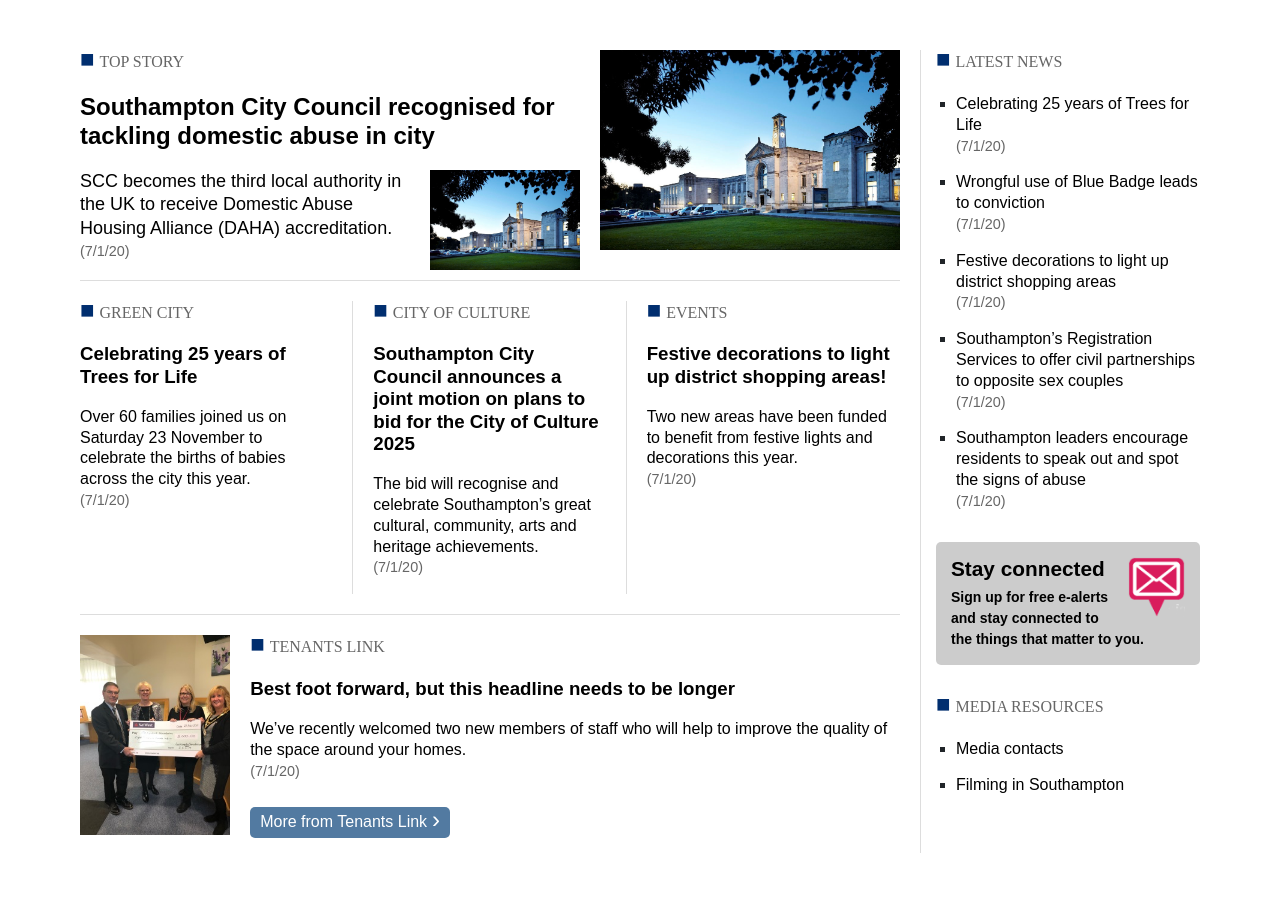
Repository: Domehead123/newspage
Page: index8.html
The author's editor kept a record of every edit. The page is drawn from the files as they stood at one moment, then again after the next edit.
The browser window is 1280 px wide. The pictures show the whole page.

Above is the page before.

### index8.html
<!DOCTYPE html>
<html lang="en">

<head>
    <meta charset="UTF-8">
    <meta name="viewport" content="width=device-width, initial-scale=1.0">
    <meta http-equiv="X-UA-Compatible" content="ie=edge">
    <link rel="stylesheet" href="https://stackpath.bootstrapcdn.com/bootstrap/4.5.2/css/bootstrap.min.css" type="text/css" />
    <link rel="stylesheet" href="news4.css" type="text/css" />
    <title>Document</title>
</head>

<body>
    <div class="container news-page">
        <div class="row">
            <div class="col-md-9 col-sm-12 news-main">
                <div class="row">
                    <div class="top-story"> <a href="#"><img class="top-large-pic" src="images/civic-centre-2.jpg"></a>
                        <div class="subject-header">TOP STORY</div>
                        <h2><a href="#">
Southampton City Council recognised for tackling domestic abuse in city</a></h2>
                        <p><a href="#"><img class="top-small-pic" src="images/civic-centre-2.jpg">SCC becomes the third local authority in the UK to receive Domestic Abuse Housing Alliance (DAHA) accreditation. <span class="date">(7/1/20)</a></p>
                    </div>
                </div>

                <div class="row middle-row">
                    <div class="col-md-4 col-sm-12 topic">
                        <div class="subject-header ">GREEN CITY</div>
                        <h3><a href="#">
Celebrating 25 years of Trees for Life
 </a></h3>
                        <p><a href="#">Over 60 families joined us on Saturday 23 November to celebrate the births of babies across the city this year.<span class="date">(7/1/20)</span></a></p>
                    </div>
                    <div class="col-md-4 col-sm-12 topic">
                        <div class="subject-header">CITY OF CULTURE</div>

                        <h3><a href="#">Southampton City Council announces a joint motion on plans to bid for the City of Culture 2025</a></h3>
                        <p><a href="#">The bid will recognise and celebrate Southampton’s great cultural, community, arts and heritage achievements. <span class="date">(7/1/20)</span></a></p>
                    </div>
                    <div class="col-md-4 col-sm-12 topic">
                        <div class="subject-header ">EVENTS</div>
                        <h3><a href="#">
Festive decorations to light up district shopping areas!
 </a></h3>
                        <p><a href="#">Two new areas have been funded to benefit from festive lights and decorations this year. <span class="date">(7/1/20)</span></a></p>
                    </div>
                </div>
                <div class="row">
                    <div class="bottom-story">
                        <a href="#"><img class="bottom-large-pic" src="images/lipstick.jpg"></a>
                        <div class="subject-header ">TENANTS LINK</div>
                        <h3><a href="#">Best foot forward, but this headline needs to be longer</a></h3>
                        <p><a href="#"><img class="bottom-small-pic" src="images/lipstick.jpg">We’ve recently welcomed two new members of staff who will help to improve the quality of the space around your homes. <span class="date">(7/1/20)</span></a></p>
                        <p class="more"><a href="#">More from Tenants Link</a></p>
                    </div>
                </div>
            </div>
            <div class="col-md-3 col-sm-12 side-panel">
                <div class="subject-header">LATEST NEWS</div>
                <ul>
                    <li><a href="#">Celebrating 25 years of Trees for Life <span class="date">(7/1/20)</span></a></li>
                    <li><a href="#">Wrongful use of Blue Badge leads to conviction <span class="date">(7/1/20)</span></a></li>
                    <li><a href="#">Festive decorations to light up district shopping areas <span class="date">(7/1/20)</span></a></li>
                    <li><a href="#">Southampton’s Registration Services to offer civil partnerships to opposite sex couples<span class="date">(7/1/20)</span></a></li>
                    <li><a href="#">Southampton leaders encourage residents to speak out and spot the signs of abuse<span class="date">(7/1/20)</span></a></li>
                </ul>
                <div class="connected">
                    <a href="#"><img src="images/connected.png"></a>
                    <h2><a href="#">Stay connected</a></h2>

                    <p><a href="#">Sign up for free e-alerts and stay connected to the things that matter to you.</a></p>
                </div>
                <div class="subject-header">MEDIA RESOURCES</div>
                <ul>
                    <li><a href="#">Media contacts</a></li>
                    <li><a href="#">Filming in Southampton</a></li>
                </ul>

            </div>
        </div>
    </div>
</body>

</html>

### news4.css
body {
    margin: 50px auto;
    max-width: 90%;
}

h2 {
    font-size: 24px;
    font-family: "franklin-gothic-urw", sans-serif;
    font-weight: 700;
    margin: 19.2px 0;
}

h3 {
    font-size: 18.7px;
    font-family: "franklin-gothic-urw", sans-serif;
    font-weight: 700;
    margin: 18.7px 0;
}

.news-page {
    font-size: 20px;
    font-family: "franklin-gothic-urw", sans-serif;
    padding: 0 25px;
}

.news-page a {
    color: #000;
    text-decoration: none;
    transition: 0.4s all;
}

.top-story {
    border-bottom: 1px solid #ddd;
}

.top-story p {
    font-size: 18px;
    line-height: 130%;
}

.play {
    display: block;
    background: #e60054;
    position: absolute;
    right: 0;
    bottom: 0;
    float: right;
    color: #fff;
    text-align: center;
}

.large-image-wrapper .play {
    width: 40px;
    height: 40px;
    line-height: 40px;
}

.small-image-wrapper .play {
    width: 30px;
    height: 30px;
    line-height: 30px;
    font-size: 0.7em;
}

.topic:first-of-type {

    border-bottom: 1px solid #ddd;
    padding: 0;
}

.topic:nth-child(2) {

    border-bottom: 1px solid #ddd;
    padding: 20px 0 0 0;
}

.topic:nth-child(3) {
    padding: 20px 0 0 0;
}

.topic p,
.bottom-story p {
    font-size: 16px;
    line-height: 130%;
}

.subject-header {
    color: #666;
    font-family: "Times New Roman", Times, serif;
    font-size: 16px;
}

.subject-header:before {
    content: "\25A0";
    line-height: 0;
    font-size: 1.5em;
    color: #002e6f;
    margin-right: 5px;
}

.large-image-wrapper {
    position: relative;
    float: right;
    display: none;
    margin-bottom: 20px;
}

.small-image-wrapper {
    position: relative;
    float: right;
    display: block;
    margin-bottom: 20px;
}

.top-large-pic {
    margin: 0 0 0 20px;
    height: 200px;
    float: right;
}

.middle-row {
    border-bottom: 1px solid #ddd;
    padding: 20px 0 0;
}

.top-small-pic {
    display: block;
    float: right;
    margin: 0 0 0 20px;
    height: 100px;
    position: relative;
}

.bottom-large-pic {
    height: 200px;
    margin-right: 20px;
    float: left;
    display: none;
}

.bottom-small-pic {
    float: right;
    margin-left: 20px;
    height: 100px;
}

.date {
    color: #666;
    font-size: 14.4px;
    display: block;
}

.bottom-story {
    padding: 20px 0 0 0;
    border-bottom: 1px solid #ddd;
}

.side-panel {
    padding: 20px 0 0 0;

}

.side-panel ul,
.media ul {
    padding: 0 0 0 20px;
    margin-top: 20px;
}

.side-panel ul li,
.media ul li {
    margin: 0 0 1em 0;
    font-size: 16px;
    list-style-type: square;
    line-height: 130%;
}

.connected {
    background: #ccc;
    padding: 15px;
    border-radius: 5px;
    margin: 30px 0;
    width: 100%;
    box-sizing: border-box;
}

.connected img {
    float: right;
    height: 60px;
    margin-left: 10px;
}

.connected h2 {
    font-size: 20.8px;
    margin: 0 0 5px 0;
}

.connected p {
    font-size: 14px;
    font-weight: bold;
    margin: 0;
}

.connected::after {
    content: "";
    clear: both;
    display: table;
}

.more {
    display: block;
    margin: 10px 0 15px 0;
    font-size: 0.9em;
    background: rgb(82, 122, 161);
    width: 200px;
    padding: 5px;
    text-align: center;
    border-radius: 5px;float: left;
}

.more:hover {
    background: #397070;
}

.more a {
    color: #fff;
}

.more::after {
    content: "\203A";
    color: #fff;
    font-size: 1.5em;
    line-height: 0;
    margin-left: 5px;
    position: relative;
    top: 1px;
}



@media (min-width: 700px) {

    .large-image-wrapper {
        display: block;
    }

    .small-image-wrapper {
        display: none;
    }

}


@media (min-width: 768px) {

    .news-main {
        padding-right: 35px;
    }

    .large-image-wrapper,
    .bottom-large-pic {
        display: block;
    }

    .small-image-wrapper,
    .bottom-small-pic {
        display: none;
    }

    .middle-row {
        padding: 20px 0;
    }

    .topic:first-of-type {
        border-right: 1px solid #ddd;
        border-bottom: none;
        padding: 0 20px 0 0;
    }

    .topic:nth-child(2) {
        border-right: 1px solid #ddd;
        border-bottom: none;
        padding: 0 20px;

    }

    .topic:nth-child(3) {
        padding: 0 0 0 20px;
    }

    .bottom-story {
        border-bottom: none;
    }

    .side-panel {
        border-left: 1px solid #ddd;
        padding: 0 0 0 15px;
    }



    .connected img {
        width: 100%;
        height: auto;
        margin: 0;
    }



}

@media (min-width: 1000px) {

    .connected img {
        float: right;
        height: 60px;
        width: auto;
        margin-left: 10px;
    }

}

After the next edit:
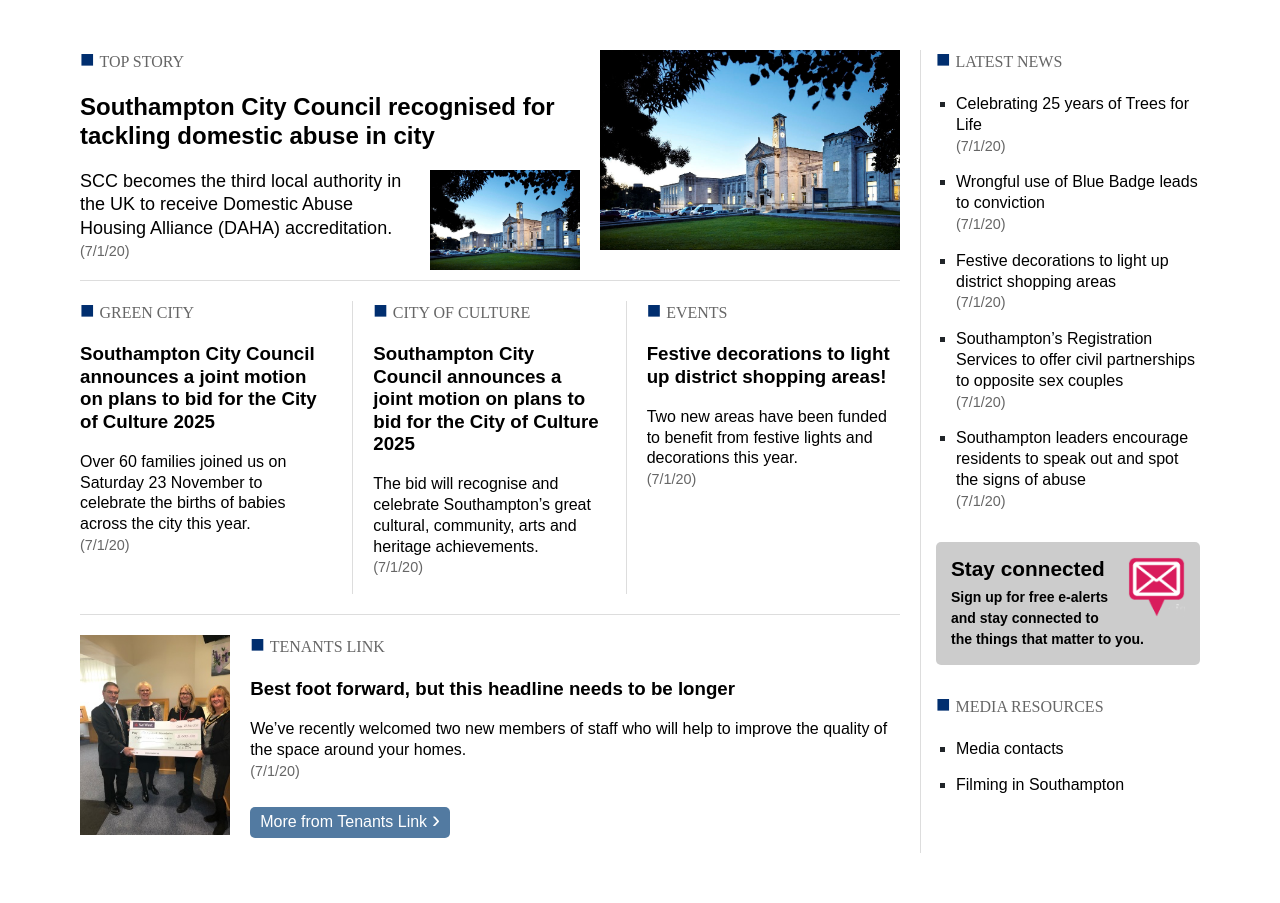
The edit:
--- a/index8.html
+++ b/index8.html
@@ -27,7 +27,7 @@
                     <div class="col-md-4 col-sm-12 topic">
                         <div class="subject-header ">GREEN CITY</div>
                         <h3><a href="#">
-Celebrating 25 years of Trees for Life
+Southampton City Council announces a joint motion on plans to bid for the City of Culture 2025
  </a></h3>
                         <p><a href="#">Over 60 families joined us on Saturday 23 November to celebrate the births of babies across the city this year.<span class="date">(7/1/20)</span></a></p>
                     </div>
